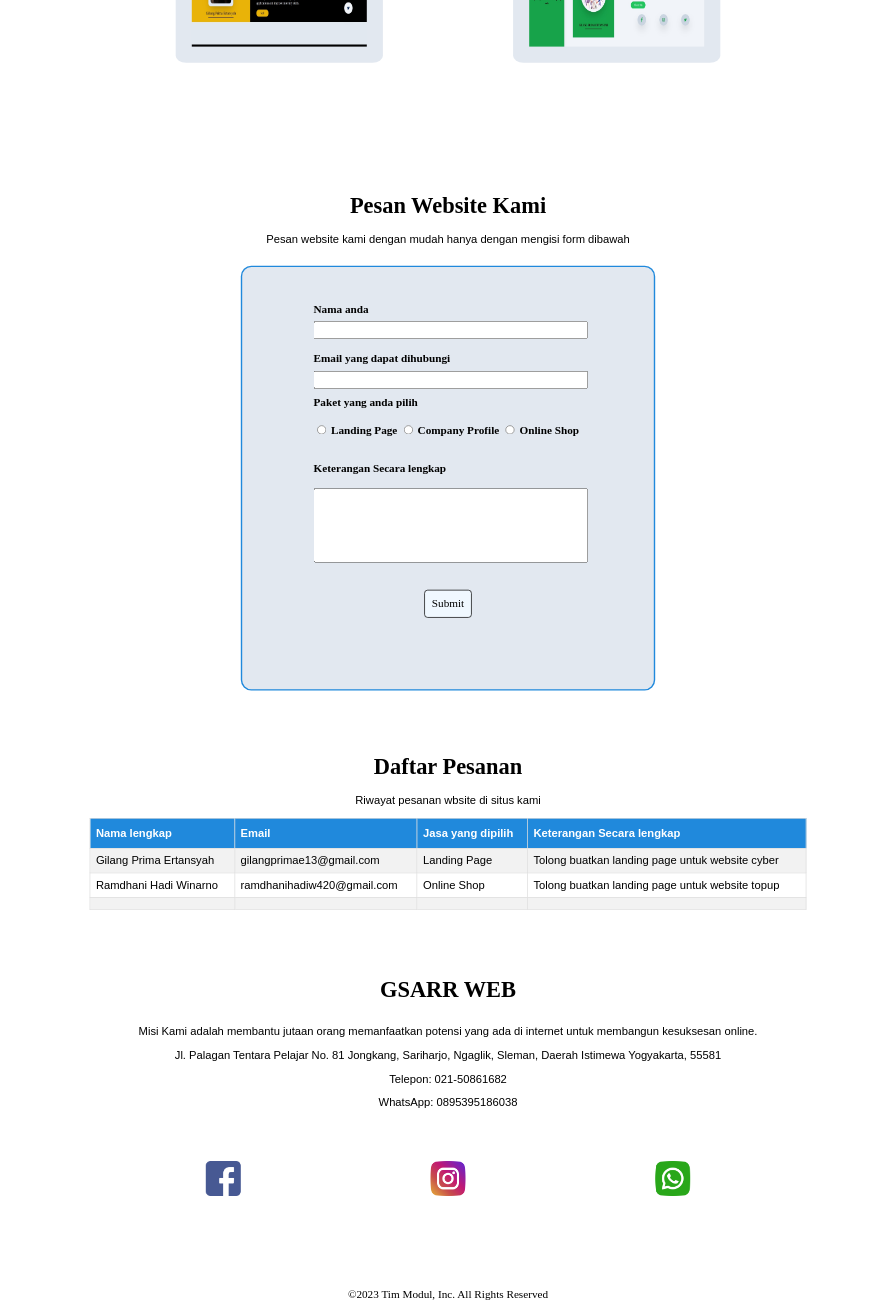
Repository: zecht12/TimModul
Page: TimModul.html
These files come from the project's save history. The page is drawn as it stood at one moment and after the next save; the edit follows.
The browser window is 1280 px wide. The pictures show the part of the page from y = 2631 to 4551 px (the page is 4501 px tall before and 4551 px after), at 70% of full size.

Above is the page before, as saved 2023-04-27 19:23:06.

After the next save:
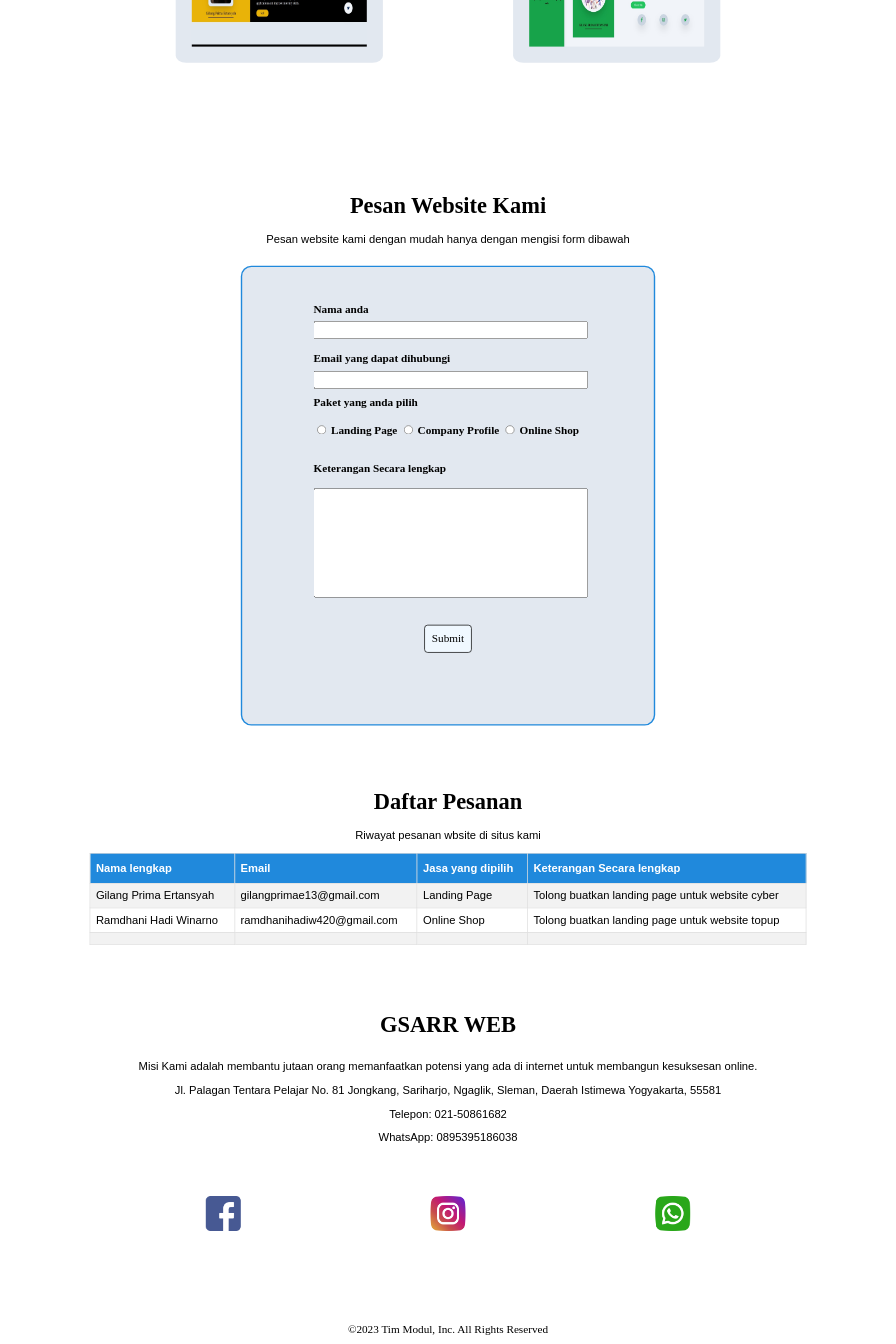
Saved 12 s later.
--- a/TimModul.html
+++ b/TimModul.html
@@ -231,7 +231,7 @@
 
                 <div>
                     <p style="color: black; font-weight: bold; padding-bottom: 1%;">Keterangan Secara lengkap</p>
-                    <input type="text" id="Keterangan" name="Keterangan" class="Keterangan" style="width: 100%; height: 100px; margin-bottom: 10%; ">
+                    <input type="text" id="Keterangan" name="Keterangan" class="Keterangan" style="width: 100%; height: 150px; margin-bottom: 10%; ">
                 </div>
 
                 <div style="display: flex; justify-content: center; align-items: center;">
